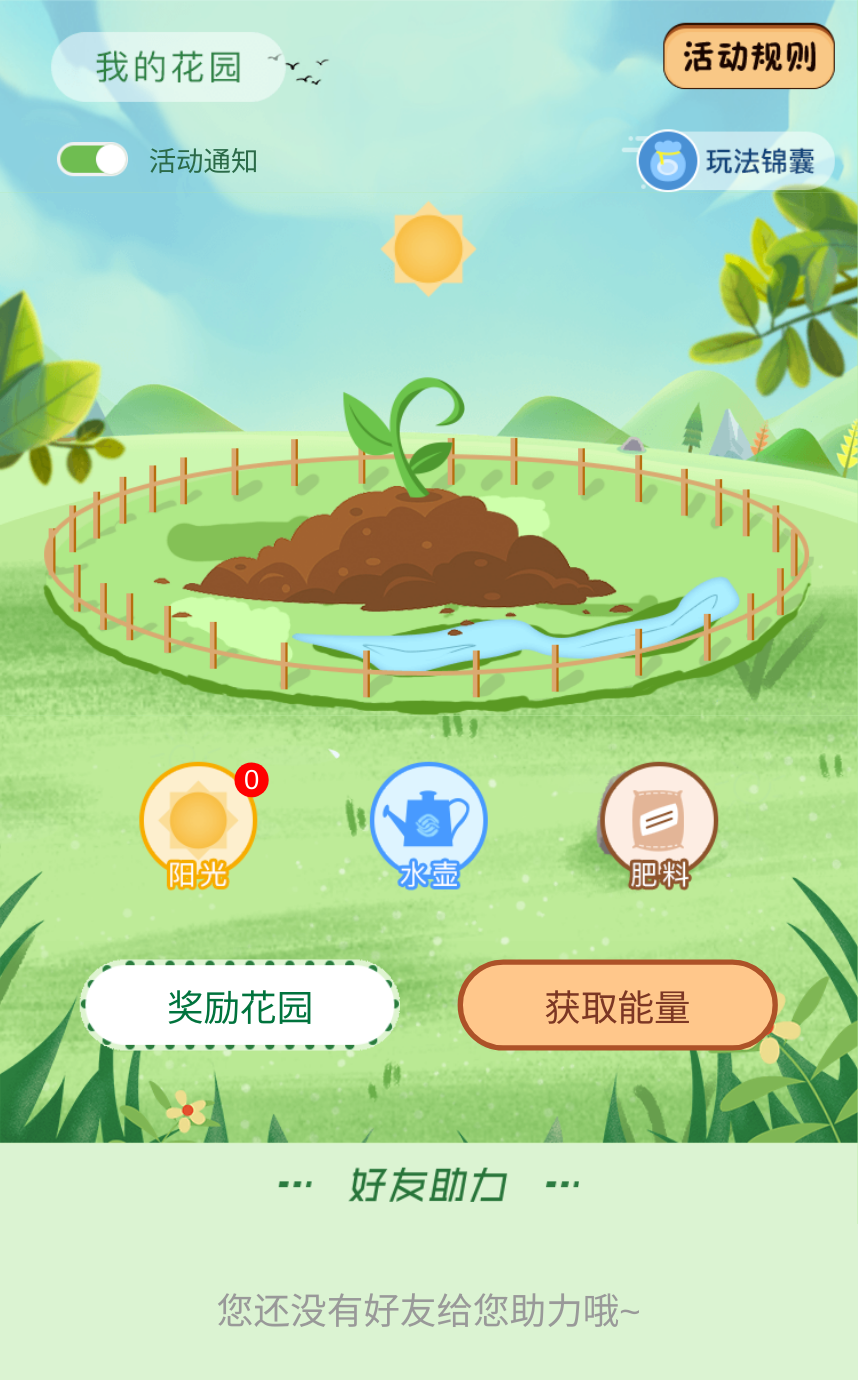
Repository: wangbiaozy/zh
Page: index.html
These files come from the project's save history. The page is drawn as it stood at one moment and after the next save; the edit follows.
The browser window is 1280 px wide. The pictures show the whole page, at 67% of full size.
After loading, the first visible `#sunEffects` was clicked once.

Above is the page before, as saved 2019-03-19 13:15:45.
Console error: TypeError: Cannot read properties of undefined (reading 'style')

After the next save:
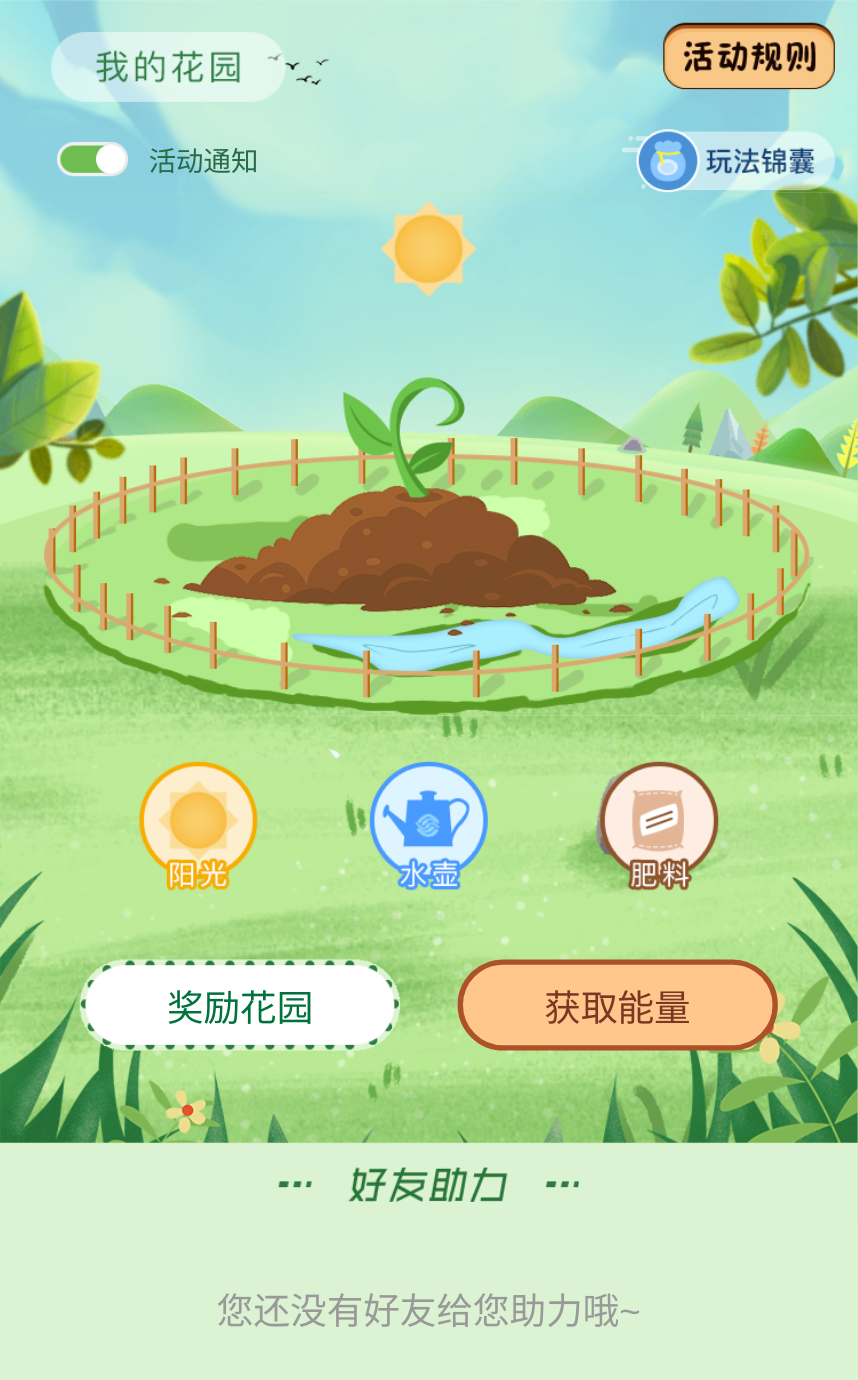
Saved 55 s later.
--- a/js/index.js
+++ b/js/index.js
@@ -47,6 +47,8 @@ $(function(){
         $('#flCountText').text(ygCount);
         if(ygCount !== 0){
             $('#ygCountText').show();
+        }else{
+            $('#ygCountText').hide();
         }
     };
     showCountText();
